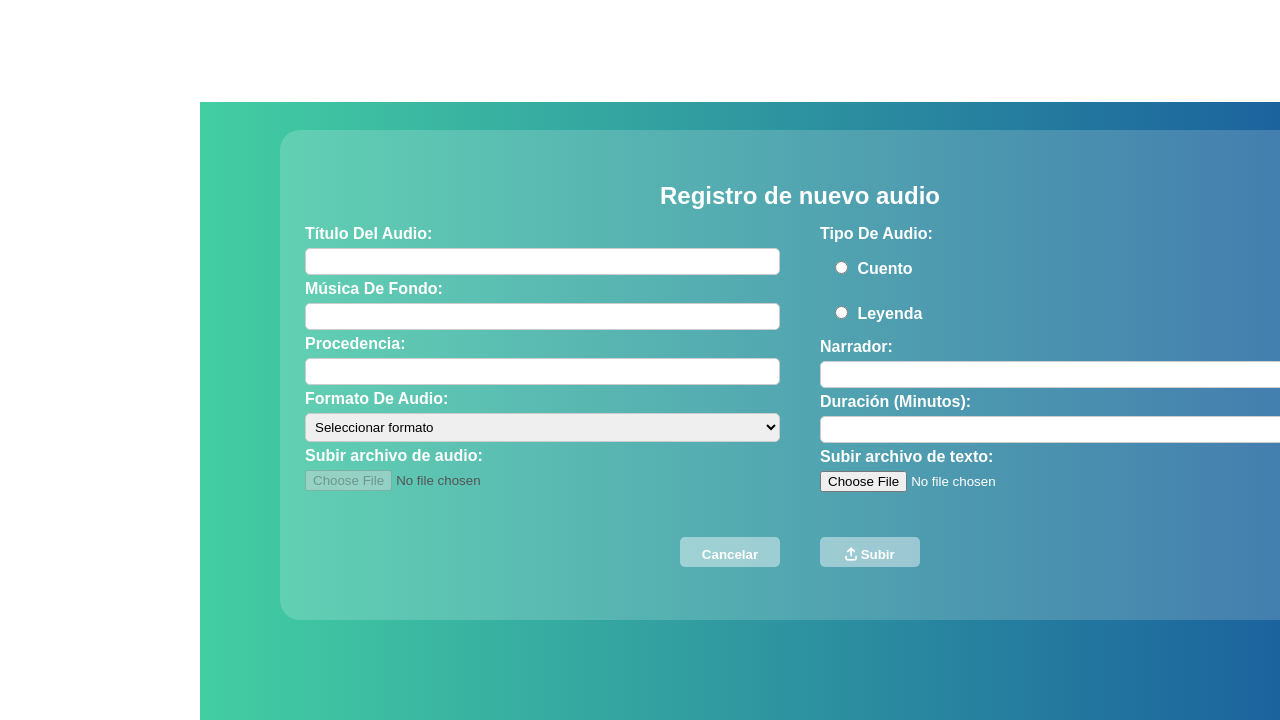
Repository: QubitDev/LaVozDeMiTierra
Page: src/app/pages/html/registro.html
These files come from the project's save history. The page is drawn as it stood at one moment and after a run of saves; the edit follows.
The browser window is 1280 px wide. The pictures show the whole page.
Empty fields were first filled with sample values (such as "Sample", 5 or name@example.com).
After loading, the first visible `#submitButton` was clicked once.
Some web libraries are served in a nearby version.

Above is the page before, as saved 2023-10-07 13:45:47.
Console error: TypeError: Cannot set properties of undefined (setting 'disabled')

After the next 2 saves:
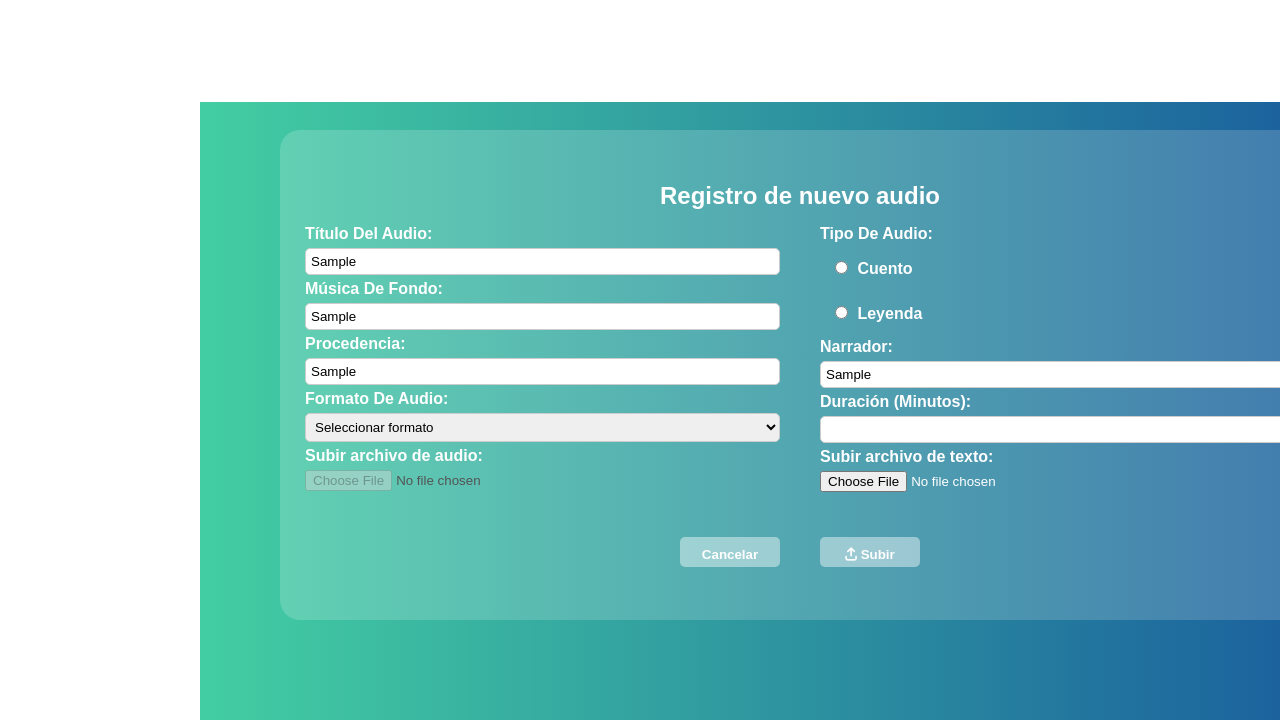
Console error: ReferenceError: audioFile is not defined
The 2 saves are shown as one change because they came seconds apart.
The last was saved 19 s later.
--- a/src/app/pages/js/registro.js
+++ b/src/app/pages/js/registro.js
@@ -32,8 +32,8 @@
   }
 
   // Obtén el archivo de audio y el archivo de texto seleccionados
-  const audioFile = audioFileInput.files[0];
-  const textFile = textFileInput.files[0];
+  const audio = audioFileInput.files[0];
+  const text = textFileInput.files[0];
 
   // Crea un objeto FormData para enviar los archivos al servidor
   const formData = new FormData();

After the 4 saves that followed:
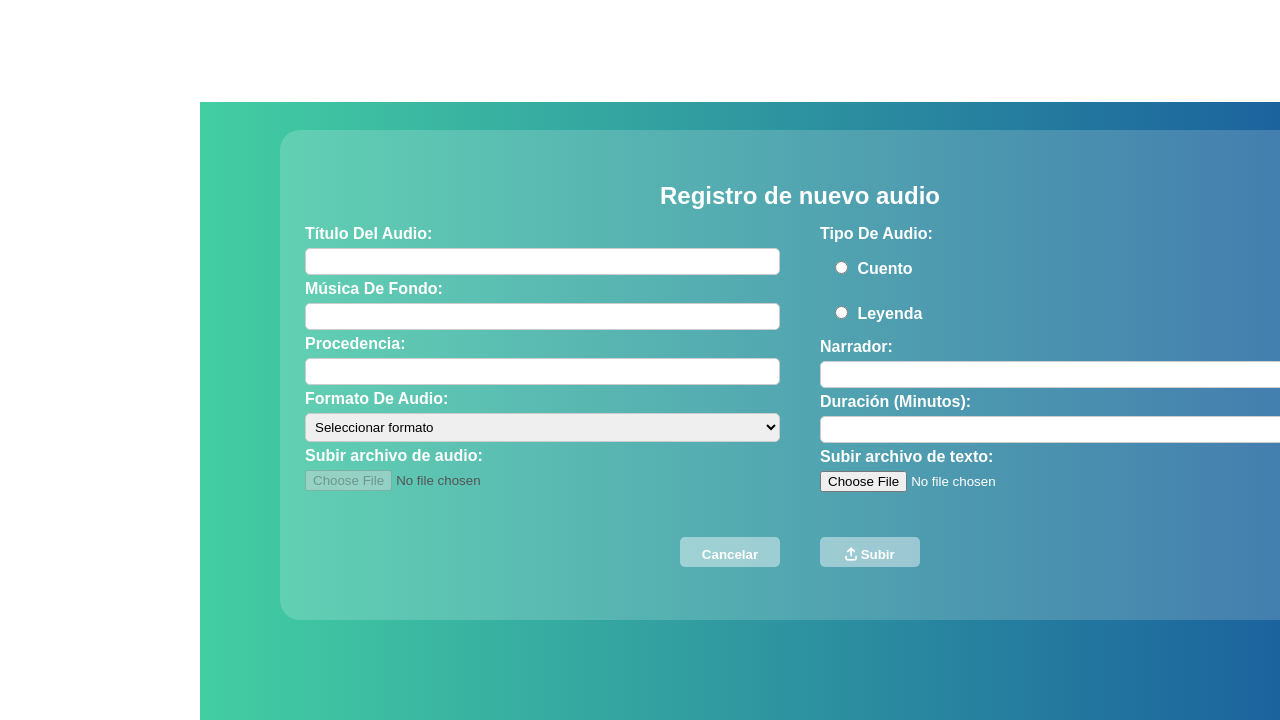
Console error: TypeError: Cannot set properties of undefined (setting 'disabled')
The 4 saves are shown as one change because 1 left the picture as it was and some came seconds apart.
The last was saved 19 s later.
--- a/src/app/pages/js/registro.js
+++ b/src/app/pages/js/registro.js
@@ -32,13 +32,13 @@
   }
 
   // Obtén el archivo de audio y el archivo de texto seleccionados
-  const audio = audioFileInput.files[0];
-  const text = textFileInput.files[0];
+  const audio = audioInput.files[0];
+  const text = textInput.files[0];
 
   // Crea un objeto FormData para enviar los archivos al servidor
   const formData = new FormData();
-  formData.append("audioFile", audioFile);
-  formData.append("textFile", textFile);
+  formData.append("audioFile", audio);
+  formData.append("textFile", text);
 
   //   // Envía los archivos al servidor utilizando fetch
   //   fetch("/guardar-archivos", {
